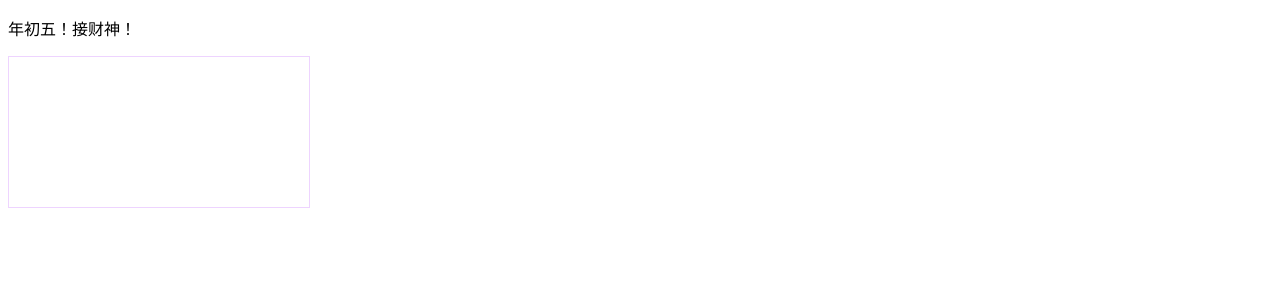
Repository: HyunraDate/ZhongpingShen
Page: index.html
The author's editor kept a copy of each file at every save. The page is drawn from the files as they stood at one save, then again after the next save.
The browser window is 1280 px wide. The pictures show the whole page.

Above is the page before, as saved 2024-02-14 12:22:50.

### index.html
<!DOCTYPE html>
<html lang="en">

<head>
    <meta charset="UTF-8">
    <meta hettp-equiv="X-UA-Compatible" content="IE=edge">
    <meta name="viewpoint" content="width=device-width, initial-scale=1.0">
    <title>Document</title>
    <style>
        canvas {
            border: 1px solid #eed4ff;
        }
    </style>
</head>

<body>
    <p>年初五！接财神！</p>
    <div></div>
    <canvas></canvas>
</body>
</html>

After the next save:
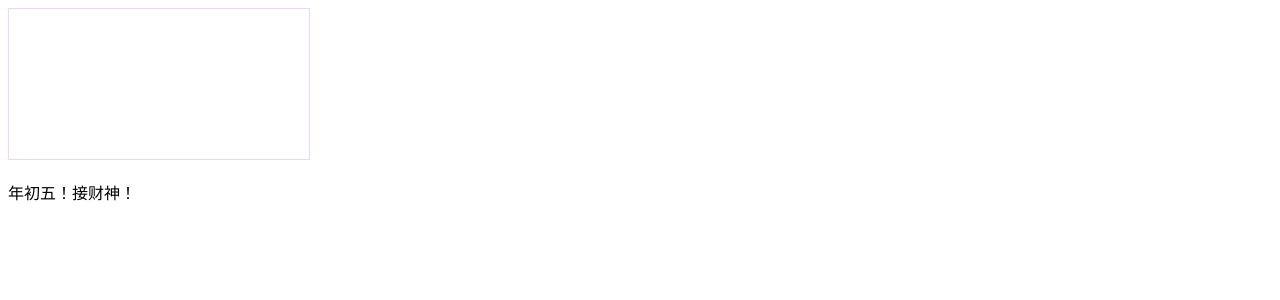
Saved 29 s later.
--- a/index.html
+++ b/index.html
@@ -14,8 +14,8 @@
 </head>
 
 <body>
-    <p>年初五！接财神！</p>
     <div></div>
     <canvas></canvas>
+    <p>年初五！接财神！</p>
 </body>
 </html>
